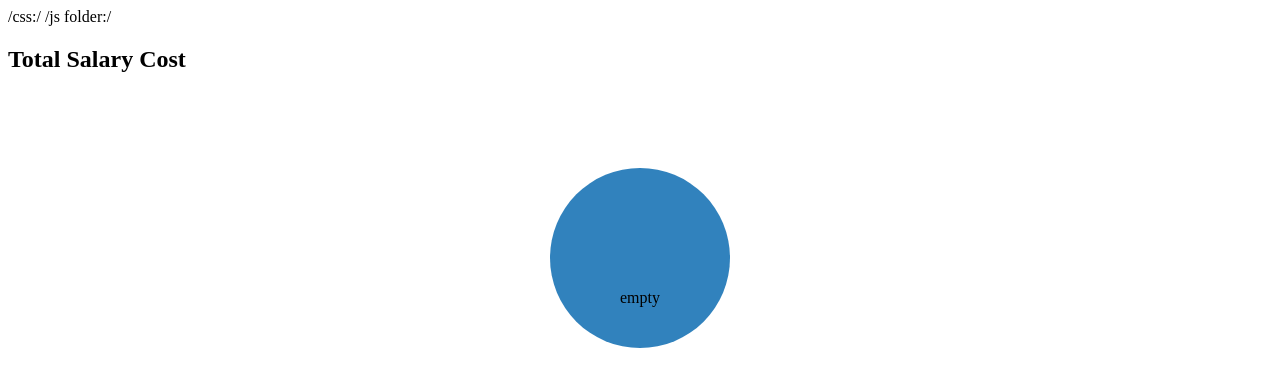
Repository: Code-Institute-Submissions/danfiliphoff-Milestoneproject-2
Page: index.html
The author's editor kept a record of every edit. The page is drawn from the files as they stood at one moment, then again after the next edit.
The browser window is 1280 px wide. The pictures show the whole page.

Above is the page before.

After the next edit:
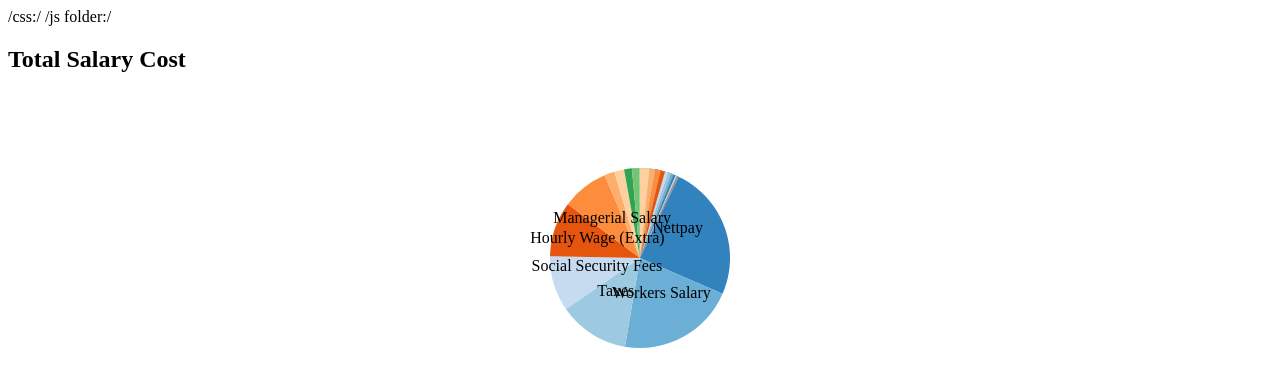
The edit:
--- a/static/js/graphs.js
+++ b/static/js/graphs.js
@@ -6,7 +6,7 @@
 /*skapar graf och hämtar data*/
 function makeGraphs(error, payrollData) {
     var ndx = crossfilter(payrollData);
-    var type_dim = ndx.dimension(function(d){('Type')});
+    var type_dim = ndx.dimension(function(d) { return d["Type"]; });
     var total_cost_pie_chart = type_dim.group().reduceSum(dc.pluck('Sum'));
 
     /*for ( of )
